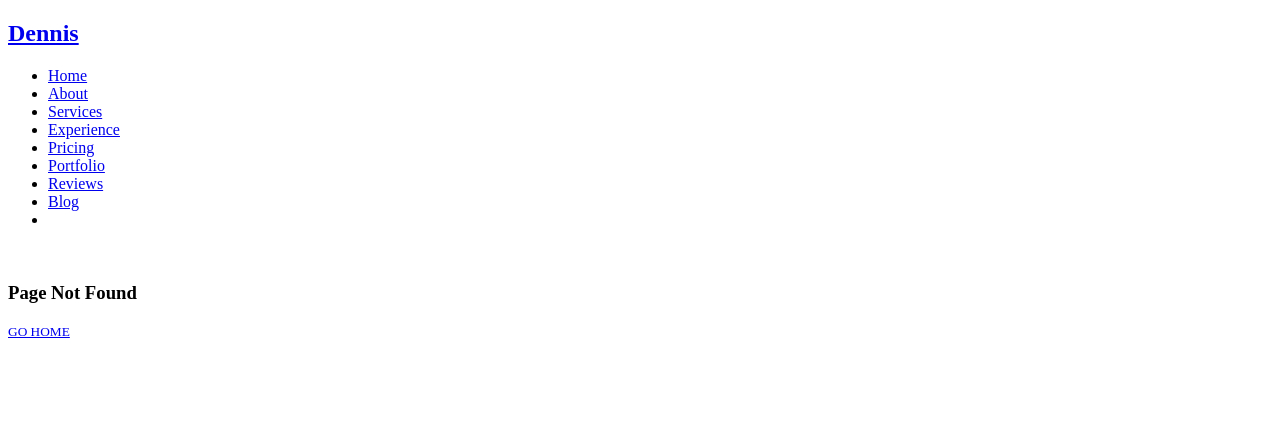
Repository: Teeticode/project_manager_tool
Page: http://localhost/portfolio/public
An editor plug-in stored every save of this project. The page is shown before and after the next save, followed by the edit.
The browser window is 1280 px wide. The pictures show the whole page.
Some icons come from a web library that is not loaded, so they are not drawn. The page is run by PHP 8.4 with error messages shown; the project is at /var/www/html/.

Above is the page before, as saved 2022-09-07 14:43:17.
Console error: SyntaxError: Unexpected token '<'

### public/index.php
<?php

session_start();
require "../app/core/init.php";


$app = new App();

### app/core/init.php
<?php
spl_autoload_register(function($class_name){
    require "../app/models/" .$class_name . ".php";
});



require "config.php";
require "functions.php";
require "database.php";
require "model.php";
require "controller.php";
require "app.php";

### app/core/config.php
<?php

/***
 * app info
 */
define('APPNAME', 'Teeticolab');
define('APP_DESC', 'Teeti Colab');

/***
 * Database config
 */
if($_SERVER['SERVER_NAME'] == 'localhost')
{
    define("DBHOST", 'localhost');
    define("DBUSER", 'root');
    define("DBPASS", '');
    define("DBDRIVER", 'mysql');
    define("DBNAME", 'portfolio');
    define('ROOT', 'http://localhost/portfolio/public');

}else{
    define("DBHOST", 'localhost');
    define("DBUSER", 'root');
    define("DBPASS", '');
    define("DBDRIVER", 'mysql');
    define("DBNAME", 'portfolio');
    define('ROOT', 'http://localhost/portfolio/public');

}

### app/core/functions.php
<?php

function show($stuff)
{
    echo "<pre>";
    print_r($stuff);
    echo "</pre>";
}
function set_value($key){
    if(!empty($_POST[$key])){
        return $_POST[$key];
    }
    return '';
}
function redirect($link){
    header("Location: ". ROOT ."/".$link);
    die;
}
function message($msg = '', $erase = false){
    if(!empty($msg)){
        $_SESSION['message'] = $msg;
    }else{
        if(!empty($_SESSION['message'])){
            $msg = $_SESSION['message'];
            if($erase){
                unset($_SESSION['message']);
            }

            return $msg;
        }
    }
    return false;
}

### app/core/database.php
<?php

class Database
{
    private function connect()
    {

        $str = DBDRIVER.":hostname=".DBHOST.";dbname=".DBNAME;
        $conn = new PDO($str, DBUSER, DBPASS);
        return $conn;
    }
    public function query($query, $data = [],$type="object")
    {
        $conn = $this->connect();
        $stm = $conn -> prepare($query);
        if($stm)
        {
            $check=$stm->execute($data);
            if($check)
            {

                if($type == "object")
                {
                    $type = PDO::FETCH_OBJ;
                }else{
                    $type = PDO::FETCH_ASSOC;
                }
                $result = $stm ->fetchAll($type);
                if(is_array($result) && count($result) > 0)
                {
                    return $result;
                }
            }
        }
        return false;
    }

    public function create_tables()
    {
        $query = "
            CREATE TABLE IF NOT EXISTS `users` (
                `id` int(11) NOT NULL AUTO_INCREMENT,
                `email` varchar(100) NOT NULL,
                `password` varchar(255) NOT NULL,
                `userid` varchar(25) NOT NULL,
                `username` varchar(15) NOT NULL,
                `role` varchar(20) NOT NULL,
                `date` date DEFAULT NULL,
                PRIMARY KEY (`id`),
                KEY `email` (`email`),
                KEY `userid` (`userid`),
                KEY `username` (`username`),
                KEY `date` (`date`)
            ) ENGINE=InnoDB DEFAULT CHARSET=utf8mb4
        ";
        $this -> query($query);
    }
}

### app/core/model.php
<?php
    /**
     * main model class
     */
class Model extends Database
{
    protected $table = "";
    public function insert($data){
        //remove unwanted columns
        if(!empty($this->allowedColumns)){
            foreach($data as $key => $value){
                if(!in_array($key, $this->allowedColumns)){
                    unset($data[$key]);
                }
            }
        }
        $keys = array_keys($data);
        $query = "insert into " . $this->table;
        $query .="(".implode(",", $keys).") values (:".implode(",:", $keys).")";
        $this->query($query, $data);

    }

    public function where($data){
        //remove unwanted columns
        $keys = array_keys($data);
        $query = "SELECT * FROM ".$this->table." where ";
        foreach($keys as $key){
            $query .= $key . "=:" . $key . " && ";
        }
        $query = trim($query, "&& ");

        $result = $this->query($query, $data);
        if(is_array($result)){
            return $result;
        }
        return false;
    }
    public function first($data){
        //remove unwanted columns
        $keys = array_keys($data);
        $query = "SELECT * FROM ".$this->table." where ";
        foreach($keys as $key){
            $query .= $key . "=:" . $key . " && ";
        }
        $query = trim($query, "&& ");
        $query .= " order by id desc limit 1";

        $result = $this->query($query, $data);
        if(is_array($result)){
            return $result[0];
        }
        return false;
    }

}

### app/core/controller.php
<?php

class Controller
{
    public function view($view, $data = [])
    {
        extract($data);
        $filename = "../app/views/".$view.".view.php";
        if(file_exists($filename))
        {
            require $filename;
        }else{
            echo "could not find view file: ".$filename;
        }
    }
}

### app/core/app.php
<?php

class App
{
    protected $controller = '_404';
    protected $method = 'index';
    public static $page = '_404';
    function __construct()
    {
        $url = $this->getURL();
        $filename = "../app/controllers/".ucfirst($url[0]).".php";
        if(sizeof($url)<=1){
            $filename = "../app/controllers/".$url[0]."/".ucfirst($url[1]).".php";
        }

        if(file_exists($filename))
        {
            require $filename;

            $this->controller = $url[0];
            self::$page = $url[0];
            unset($url[0]);
        }else{
            require "../app/controllers/".$this->controller.".php";
        }

        $mycontroller= new $this->controller();
        $mymethod = $url[1] ?? $this->method;
        if(!empty($url[1]))
        {
            if(method_exists($mycontroller, strtolower($mymethod)))
            {
                $this->method = strtolower($mymethod);
                unset($url[1]);
            }
        }

        $url = array_values($url);
        call_user_func_array([$mycontroller, $this->method], $url);
    }
    private function getURL()
    {
        $url = $_GET['url'] ?? 'home';
        $url = filter_var($url, FILTER_SANITIZE_URL);
        $arr = explode("/",$url);
        return $arr;
    }
}

### app/controllers/_404.php
<?php

class _404 extends Controller
{
    public function index()
    {
        $data['title'] = "404";
        $this->view('404', $data);
    }
}

### app/views/404.view.php

<?php $this->view('includes/header');?>

<?php $this->view('includes/nav');?>
    <div class="pagenotfound">

        <img src="<?=ROOT?>/portfolio/assets/img/404.svg" alt="">
        <h3>Page Not Found</h3>
        <small><a href="<?=ROOT?>">GO HOME</a></small>
    </div>


<?php $this->view('includes/footer');?>

### app/views/includes/header.view.php
<!DOCTYPE html>
<html lang="en">
<head>
    <meta charset="UTF-8">
    <meta http-equiv="X-UA-Compatible" content="IE=edge">
    <meta name="viewport" content="width=device-width, initial-scale=1.0">
    <!--=============== LINE ICONS ===============-->
    <link rel="stylesheet" href="https://cdn.lineicons.com/3.0/lineicons.css">

    <!--=============== SWIPER CSS ===============-->
    <link rel="stylesheet" href="https://unpkg.com/swiper@7/swiper-bundle.min.css">
    <link rel="stylesheet" href="<?=ROOT?>/portfolio/assets/css/swiper.min.css">

    <!--=============== CSS ===============-->
    <link rel="stylesheet" href="<?=ROOT?>/portfolio/assets/css/style.css">

    <title><?= ucfirst(App::$page)?> - <?=APPNAME?></title>
</head>
<body>

### app/views/includes/nav.view.php
<!--=============== HEADER ===============-->
<header id="header" class="header">
        <!--nav-->
        <nav class="nav container padd-15">
          <!--nav logo-->
          <a href="#" class="nav-logo">
            <h2>Dennis</h2>
          </a>
          <!--nav menu-->
          <div class="nav-menu" id="nav-menu">
            <!--nav list-->
            <ul class="nav-list">
                <li class="nav-item">
                    <a href="<?=ROOT?>/#home" class="nav-link active-link">Home</a>
                </li>
                <li class="nav-item">
                    <a href="<?=ROOT?>/#about" class="nav-link">About</a>
                </li>
                <li class="nav-item">
                    <a href="<?=ROOT?>/#services" class="nav-link">Services</a>
                </li>
                <li class="nav-item">
                    <a href="<?=ROOT?>/#experience" class="nav-link">Experience</a>
                </li>
                <li class="nav-item">
                    <a href="<?=ROOT?>/#pricing" class="nav-link">Pricing</a>
                </li>
                <li class="nav-item">
                    <a href="<?=ROOT?>/#portfolio" class="nav-link">Portfolio</a>
                </li>
                <li class="nav-item">
                    <a href="<?=ROOT?>/#testimonials" class="nav-link">Reviews</a>
                </li>
                <li class="nav-item">
                    <a href="<?=ROOT?>/#blog" class="nav-link">Blog</a>
                </li>
                <?php if(Auth::logged_in()):?>
                    <a href="<?=ROOT?>/logout" class="nav-link logout">logout</a>
                <?php endif;?>
                <li class="nav-item">

                </li>
            </ul>
            <div class="nav-close" id="nav-close">
                <i class="lni lni-close"></i>
            </div>
          </div>
          <!--nav btns-->
        <div class="nav-btns">
            <!--theme change btn-->
            <i class="lni lni-pallet change-theme" id="theme-button"></i>
            <!--toggle btn-->
            <div class="nav-toggle" id="nav-toggle">
                <i class="lni lni-grid-alt"></i>
            </div>
        </div>
        </div>
        </nav>
    </header>

### app/models/Auth.php
<?php

class Auth {
    public static function authenticate($row){
        if(is_object($row)){
            $_SESSION['USER_DATA'] = $row;
        }
    }
    public static function logout(){
        if(!empty($_SESSION['USER_DATA'])){
            unset($_SESSION['USER_DATA']);

        }
        return false;
    }
    public static function logged_in(){
        if(!empty($_SESSION['USER_DATA'])){
            return true;
        }
        return false;
    }
    public static function is_admin(){
        if(!empty($_SESSION['USER_DATA'])){
            if($_SESSION['USER_DATA']->role == 'admin'){
                return true;
            }
        }
        return false;
    }
    public static function is_client(){
        if(!empty($_SESSION['USER_DATA'])){
            if($_SESSION['USER_DATA']->role == 'client'){
                return true;
            }
        }
        return false;
    }
    public static function is_dev(){
        if(!empty($_SESSION['USER_DATA'])){
            if($_SESSION['USER_DATA']->role == 'developer'){
                return true;
            }
        }
        return false;
    }

    public static function __callStatic($funcname, $args){
        $key = str_replace("get", "", strtolower($funcname));
        if(!empty($_SESSION['USER_DATA']->$key)){
            return $_SESSION['USER_DATA']->$key;
        }
        return '';
    }


}

### app/views/includes/footer.view.php
<!--=============== SWIPER JS ===============-->
<script src="https://unpkg.com/swiper@7/swiper-bundle.min.js"></script>
    <script src="<?=ROOT?>/portfolio/assets/js/swiper.js"></script>
    <!--=============== JS ===============-->
    <script src="<?=ROOT?>/portfolio/assets/js/main.js"></script>
</body>
</html>

After the next save:
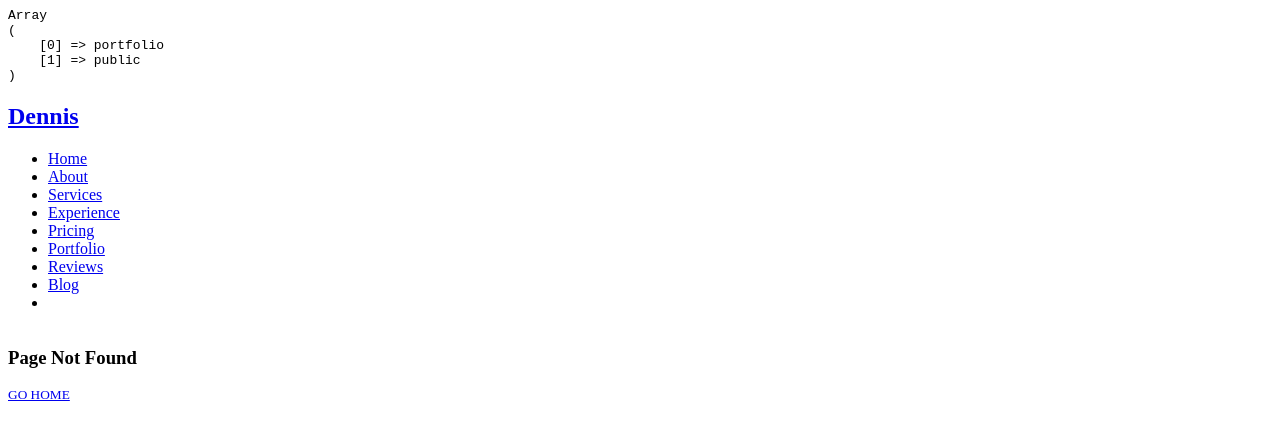
Saved 36 s later.
--- a/app/core/app.php
+++ b/app/core/app.php
@@ -43,6 +43,7 @@ class App
         $url = $_GET['url'] ?? 'home';
         $url = filter_var($url, FILTER_SANITIZE_URL);
         $arr = explode("/",$url);
+        show($arr);
         return $arr;
     }
 }
